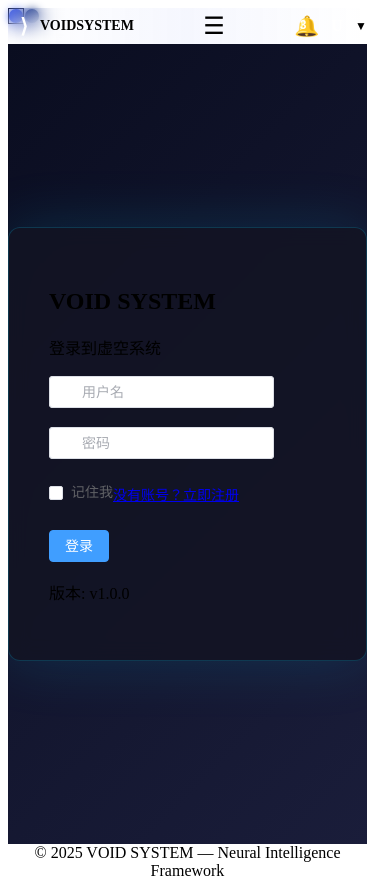
Repository: Void-Creator-Deity/Void-System
Page: /settings (app in void-system-frontend/)
The author's editor kept a copy of each file at every save. The page is drawn from the files as they stood at one save, then again after the next save.
The browser window is 375 px wide. The pictures show the whole page.
The project was rebuilt for these pictures with package versions that can differ from the ones it lists, and the page was loaded fresh each time. Also part of the build but not shown: void-system-frontend/vite.config.js.

Above is the page before, as saved 2025-11-20 21:37:09.

### void-system-frontend/index.html
<!doctype html>
<html lang="en">
  <head>
    <meta charset="UTF-8" />
    <link rel="icon" type="image/svg+xml" href="/vite.svg" />
    <meta name="viewport" content="width=device-width, initial-scale=1.0" />
    <title>void-system-frontend</title>
  </head>
  <body>
    <div id="app"></div>
    <script type="module" src="/src/main.js"></script>
  </body>
</html>

### void-system-frontend/src/main.js
import { createApp } from "vue"
import App from "./App.vue"
import router from "./router"
import ElementPlus from "element-plus"
import "element-plus/dist/index.css"
import { setupAuthInterceptor } from "./api/user.js"

// 初始化认证拦截器
setupAuthInterceptor()

// 添加系统初始化效果
document.addEventListener('DOMContentLoaded', () => {
  document.body.classList.add('system-loaded')
})

const app = createApp(App)
app.use(router)
app.use(ElementPlus)
app.mount("#app")

### void-system-frontend/src/App.vue
<template>
  <div id="app">
    <!-- 加载遮罩 -->
    <div v-if="isLoading" class="loading-overlay">
      <div class="loading"></div>
      <div class="loading-text">系统初始化中...</div>
    </div>

    <!-- 主题切换按钮 -->
    <div class="theme-switcher">
      <button
        v-for="theme in themes"
        :key="theme.id"
        class="theme-btn"
        :class="{ active: currentTheme === theme.id }"
        :style="{ '--theme-color': theme.color }"
        @click="switchTheme(theme.id)"
        :title="theme.name"
      >
        <span class="theme-dot"></span>
        <span class="theme-name">{{ theme.name }}</span>
      </button>
    </div>

    <!-- 系统顶栏 -->
    <header class="header">
      <div class="container header-container">
        <div class="logo-area flex items-center gap-md">
          <div class="logo">
            <span class="logo-symbol">⟩</span>
          </div>
          <h1 class="system-title">
            <span class="title-void">VOID</span>
            <span class="title-system">SYSTEM</span>
          </h1>
        </div>
        <!-- 桌面端导航 -->
        <nav class="nav-links flex gap-md">
          <NavItem to="/" icon="🏠">首页</NavItem>
          <NavItem to="/ai" icon="⌨️">AI控制台</NavItem>
          <NavItem to="/advisor" icon="🧠">学习顾问</NavItem>
          <NavItem to="/qa" icon="❓">知识问答</NavItem>
          <NavItem to="/settings" icon="⚙️">系统设置</NavItem>
        </nav>

        <!-- 移动端菜单按钮 -->
        <button class="mobile-menu-btn" @click="toggleMobileMenu">
          <span class="menu-icon">☰</span>
        </button>

        <!-- 用户信息 -->
        <div class="user-area flex items-center gap-md">
          <!-- 通知中心 -->
          <div class="notification-center">
            <button class="notification-btn" @click="handleNotificationClick">
              <span class="notification-icon">🔔</span>
              <span v-if="notificationCount > 0" class="notification-badge">{{ notificationCount }}</span>
            </button>
          </div>

          <!-- 用户信息 -->
          <div class="user-profile flex items-center gap-sm">
            <div class="user-details">
              <div class="user-name">{{ userName }}</div>
              <div class="user-level">Lv.{{ userLevel }}</div>
            </div>
            <div class="user-avatar">
              <span>{{ userAvatar }}</span>
            </div>
            <button class="user-menu-btn" @click="toggleUserMenu">
              <span>▼</span>
            </button>
          </div>

          <!-- 用户下拉菜单 -->
          <div v-if="showUserMenu" class="user-dropdown">
            <div class="dropdown-item" @click="goToProfile">个人资料</div>
            <div class="dropdown-item" @click="goToSettings">系统设置</div>
            <div class="dropdown-divider"></div>
            <div class="dropdown-item logout" @click="logout">退出登录</div>
          </div>
        </div>
      </div>
    </header>

    <!-- 主界面内容区 -->
    <main class="main">
      <div class="container">
        <RouterView />
      </div>
    </main>

    <!-- 底部系统信息栏 -->
    <footer class="footer">
      <div class="container">
        <div class="system-info">
          <div class="copyright text-center text-sm text-muted">
            © {{ new Date().getFullYear() }} VOID SYSTEM — Neural Intelligence Framework
          </div>
        </div>
      </div>
    </footer>
  </div>
</template>

<script setup>
import { RouterLink, RouterView, useRouter } from 'vue-router'
import { ref, onMounted } from 'vue'

// 导航项组件
import { h } from 'vue'
const router = useRouter()

// 状态管理
const isLoading = ref(false)
const showUserMenu = ref(false)
const notificationCount = ref(3)
const userName = ref('学习者')
const userLevel = ref(1)
const userAvatar = ref('U')
const currentTheme = ref('default')

// 可用主题列表
const themes = [
  { id: 'default', name: '默认主题', color: '#4361ee' },
  { id: 'dark', name: '暗色主题', color: '#1e3a8a' }
]

// 导航项组件增强
const NavItem = (props, { slots }) => {
  return h(RouterLink,
    {
      to: props.to,
      class: 'nav-item',
      custom: true,
      vSlots: {
        default: ({ isActive }) => h('div',
          {
            class: ['nav-link', isActive ? 'active' : ''],
            onClick: () => props.onClick && props.onClick()
          },
          [
            h('span', { class: 'nav-icon' }, props.icon),
            h('span', { class: 'nav-text' }, slots.default()),
            isActive ? h('div', { class: 'nav-indicator' }) : null
          ]
        )
      }
    }
  )
}
NavItem.props = ['to', 'icon', 'onClick']

// 方法定义
const switchTheme = (themeId) => {
  currentTheme.value = themeId
  // 更新body的data-theme属性
  if (themeId === 'default') {
    document.body.removeAttribute('data-theme')
  } else {
    document.body.setAttribute('data-theme', themeId)
  }
  // 保存到localStorage以便下次加载时使用
  localStorage.setItem('void-system-theme', themeId)
}

const toggleUserMenu = () => {
  showUserMenu.value = !showUserMenu.value
}

const handleNotificationClick = () => {
  // 处理通知点击逻辑
  notificationCount.value = 0
}

const goToProfile = () => {
  showUserMenu.value = false
  // 跳转到个人资料页面
}

const goToSettings = () => {
  showUserMenu.value = false
  router.push('/settings')
}

const logout = () => {
  showUserMenu.value = false
  // 处理退出登录逻辑
  router.push('/login')
}

// 生命周期钩子
onMounted(() => {
  // 从localStorage加载主题设置
  const savedTheme = localStorage.getItem('void-system-theme')
  if (savedTheme) {
    switchTheme(savedTheme)
  }

  // 模拟加载完成
  setTimeout(() => {
    isLoading.value = false
  }, 500)
})
</script>

<style scoped>
/* 加载遮罩 */
  .loading-overlay {
    position: fixed;
    top: 0;
    left: 0;
    right: 0;
    bottom: 0;
    background-color: var(--color-bg-primary);
    display: flex;
    flex-direction: column;
    align-items: center;
    justify-content: center;
    gap: var(--spacing-lg);
    z-index: 9999;
  }

  .loading {
    width: 60px;
    height: 60px;
    border: 4px solid var(--color-bg-tertiary);
    border-top-color: var(--color-primary);
    border-radius: 50%;
    animation: spin 1s linear infinite;
  }

  .loading-text {
    color: var(--color-text-primary);
    font-weight: 600;
    font-size: 1.125rem;
    color: var(--color-primary);
  }
/* 主题切换器 */
  .theme-switcher {
    position: fixed;
    top: var(--spacing-lg);
    right: var(--spacing-lg);
    z-index: 100;
    display: flex;
    gap: var(--spacing-sm);
    background-color: var(--color-bg-secondary);
    border: 1px solid var(--color-border-light);
    border-radius: var(--radius-lg);
    padding: var(--spacing-xs);
  }

  .theme-btn {
    display: flex;
    align-items: center;
    gap: var(--spacing-xs);
    padding: var(--spacing-xs) var(--spacing-sm);
    border: 1px solid transparent;
    border-radius: var(--radius-md);
    background: transparent;
    color: var(--color-text-primary);
    cursor: pointer;
    transition: all var(--transition-fast);
  }

  .theme-btn:hover {
    background-color: var(--color-bg-tertiary);
  }

  .theme-btn.active {
    background-color: var(--color-bg-tertiary);
    border-color: var(--color-primary);
  }

.theme-dot {
  width: 14px;
  height: 14px;
  border-radius: 50%;
  background-color: var(--theme-color);
  box-shadow: 0 0 8px var(--theme-color);
}

.theme-name {
  font-size: 0.875rem;
  font-weight: 500;
}

/* 顶栏样式 - 游戏化界面 */
.header {
  /* 顶栏容器布局 */
  .header-container {
    display: flex;
    align-items: center;
    justify-content: space-between;
  }
  background-color: var(--color-bg-primary);
  background-image: linear-gradient(to right, transparent, rgba(67, 97, 238, 0.05), transparent);
  border-bottom: 1px solid var(--color-border-light);
  padding: var(--spacing-md) 0;
  position: sticky;
  top: 0;
  z-index: 100;
  backdrop-filter: blur(10px);
}

/* 顶栏样式 */
  .header {
    background-color: var(--color-bg-primary);
    border-bottom: 1px solid var(--color-border-light);
    padding: var(--spacing-md) 0;
    position: sticky;
    top: 0;
    z-index: 100;
  }

  .logo-area {
    display: flex;
    align-items: center;
    gap: var(--spacing-md);
  }

  .logo {
    width: 44px;
    height: 44px;
    border-radius: var(--radius-md);
    background: linear-gradient(135deg, var(--color-primary), var(--color-primary-dark));
    display: flex;
    align-items: center;
    justify-content: center;
    color: white;
    font-size: 1.625rem;
    font-weight: bold;
  }

  .system-title {
    font-size: 1.375rem;
    font-weight: 700;
    display: flex;
    gap: var(--spacing-xs);
    margin: 0;
  }

  .title-void {
    color: var(--color-primary);
  }

  .title-system {
    color: var(--color-text-secondary);
    font-weight: 600;
  }

/* 导航样式 */
  .nav-links {
    display: flex;
    gap: var(--spacing-sm);
  }

  .nav-link {
    display: flex;
    align-items: center;
    gap: var(--spacing-xs);
    padding: var(--spacing-sm) var(--spacing-md);
    color: var(--color-text-secondary);
    text-decoration: none;
    border-radius: var(--radius-md);
    transition: all var(--transition-fast);
  }

  .nav-link:hover {
    background-color: var(--color-bg-secondary);
    color: var(--color-text-primary);
  }

  .nav-link.active {
    color: var(--color-primary);
    background-color: rgba(67, 97, 238, 0.08);
  }

  .nav-link.active .nav-indicator {
    position: absolute;
    bottom: 0;
    left: 0;
    width: 100%;
    height: 2px;
    background: var(--color-primary);
    border-radius: var(--radius-full);
  }

  .nav-icon {
    font-size: 1.25rem;
  }

.nav-text {
  font-weight: 500;
}

/* 用户区域 */
  .user-area {
    display: flex;
    align-items: center;
    gap: var(--spacing-md);
  }

  .notification-btn {
    position: relative;
    background: transparent;
    border: none;
    font-size: 1.25rem;
    cursor: pointer;
    padding: var(--spacing-sm);
    border-radius: var(--radius-md);
    transition: all var(--transition-fast);
  }

  .notification-btn:hover {
    background-color: var(--color-bg-secondary);
  }

.notification-badge {
    position: absolute;
    top: 2px;
    right: 2px;
    min-width: 18px;
    height: 18px;
    padding: 0 5px;
    background: var(--color-error);
    color: white;
    font-size: 0.75rem;
    font-weight: 600;
    border-radius: 9px;
    display: flex;
    align-items: center;
    justify-content: center;
  }

.user-profile {
    display: flex;
    align-items: center;
    gap: var(--spacing-sm);
    padding: var(--spacing-xs);
    border-radius: var(--radius-md);
    cursor: pointer;
    transition: all var(--transition-fast);
  }

  .user-profile:hover {
    background-color: var(--color-bg-secondary);
  }

  .user-details {
    display: flex;
    flex-direction: column;
  }

  .user-name {
    font-weight: 500;
    color: var(--color-text-primary);
    font-size: 0.875rem;
  }

  .user-level {
    font-size: 0.75rem;
    color: var(--color-primary);
    font-weight: 600;
  }

  .user-avatar {
    width: 36px;
    height: 36px;
    border-radius: 50%;
    background: linear-gradient(135deg, var(--color-primary), var(--color-secondary));
    color: white;
    display: flex;
    align-items: center;
    justify-content: center;
    font-weight: 600;
    font-size: 1rem;
  }

.user-menu-btn {
  background: transparent;
  border: none;
  font-size: 0.75rem;
  color: var(--color-text-muted);
  cursor: pointer;
  padding: var(--spacing-xs);
  transition: all var(--transition-fast);
}

.user-menu-btn:hover {
  color: var(--color-text-primary);
  transform: translateY(1px);
}

/* 用户下拉菜单 */
  .user-dropdown {
    position: absolute;
    top: calc(100% + var(--spacing-sm));
    right: var(--spacing-md);
    background-color: var(--color-bg-secondary);
    border: 1px solid var(--color-border-light);
    border-radius: var(--radius-lg);
    box-shadow: var(--shadow-lg);
    padding: var(--spacing-xs) 0;
    min-width: 180px;
    z-index: 101;
  }

  .user-dropdown::before {
    content: '';
    position: absolute;
    top: 0;
    left: 0;
    right: 0;
    height: 2px;
    background: var(--color-primary);
  }

  .dropdown-item {
    padding: var(--spacing-sm) var(--spacing-md);
    color: var(--color-text-primary);
    cursor: pointer;
    transition: all var(--transition-fast);
    font-size: 0.875rem;
  }

  .dropdown-item:hover {
    background-color: var(--color-bg-tertiary);
  }

.dropdown-divider {
  height: 1px;
  background-color: var(--color-border);
  margin: var(--spacing-xs) 0;
}

.dropdown-item.logout {
  color: var(--color-error);
  font-weight: 500;
}

.dropdown-item.logout:hover {
  background-color: rgba(239, 68, 68, 0.1);
}

/* 移动端菜单按钮 */
.mobile-menu-btn {
  display: none;
  background: transparent;
  border: none;
  font-size: 1.5rem;
  cursor: pointer;
  padding: var(--spacing-sm);
  border-radius: var(--radius-md);
  transition: background-color var(--transition-fast);
}

.mobile-menu-btn:hover {
  background-color: var(--color-bg-secondary);
}

/* 主内容区 */
  .main {
    flex: 1;
    padding: var(--spacing-xl) 0;
    background-color: var(--color-bg-primary);
  }

/* 底部样式 */
  .footer {
    background-color: var(--color-bg-primary);
    border-top: 1px solid var(--color-border-light);
    padding: var(--spacing-lg) 0;
  }

.system-info {
  text-align: center;
}

/* 数据卡片样式 */
  .stat-card {
    background-color: var(--color-bg-secondary);
    border: 1px solid var(--color-border-light);
    border-radius: var(--radius-lg);
    padding: var(--spacing-lg);
    transition: all var(--transition-normal);
    box-shadow: var(--shadow-md);
  }

  .stat-card::before {
    content: '';
    position: absolute;
    top: 0;
    left: 0;
    right: 0;
    height: 3px;
    background: var(--color-primary);
  }

  .stat-card:hover {
    transform: translateY(-2px);
    box-shadow: var(--shadow-lg);
  }

.stat-icon {
  width: 48px;
  height: 48px;
  border-radius: var(--radius-md);
  background: linear-gradient(135deg, var(--color-primary-light), var(--color-primary));
  display: flex;
  align-items: center;
  justify-content: center;
  font-size: 1.5rem;
  color: white;
  box-shadow: 0 0 15px rgba(67, 97, 238, 0.2);
  margin-bottom: var(--spacing-md);
}

.stat-value {
  font-size: 1.75rem;
  font-weight: 700;
  color: var(--color-text-primary);
  margin-bottom: var(--spacing-xs);
}

.stat-label {
  font-size: 0.875rem;
  color: var(--color-text-secondary);
}

.stat-change {
  font-size: 0.75rem;
  font-weight: 500;
  padding: 2px 6px;
  border-radius: var(--radius-sm);
  display: inline-flex;
  align-items: center;
  gap: 2px;
}

.stat-change.positive {
  background-color: rgba(34, 197, 94, 0.1);
  color: var(--color-success);
}

.stat-change.negative {
  background-color: rgba(239, 68, 68, 0.1);
  color: var(--color-error);
}

/* 移动端导航覆盖 */
  .mobile-nav-overlay {
    position: fixed;
    top: 0;
    left: 0;
    right: 0;
    bottom: 0;
    background-color: rgba(0, 0, 0, 0.5);
    z-index: 200;
    display: flex;
    align-items: center;
    justify-content: center;
  }

  .mobile-nav {
    background-color: var(--color-bg-primary);
    border-radius: var(--radius-lg);
    padding: var(--spacing-lg);
    width: 90%;
    max-width: 400px;
    max-height: 80vh;
    overflow-y: auto;
  }

.mobile-close-btn {
  position: absolute;
  top: var(--spacing-md);
  right: var(--spacing-md);
  background: transparent;
  border: none;
  font-size: 1.5rem;
  cursor: pointer;
  padding: var(--spacing-xs);
  border-radius: var(--radius-md);
  transition: background-color var(--transition-fast);
}

.mobile-close-btn:hover {
  background-color: var(--color-bg-secondary);
}

.mobile-nav-links {
  margin-top: var(--spacing-lg);
}

.mobile-nav-links .nav-link {
  padding: var(--spacing-md);
  font-size: 1.125rem;
}

/* 响应式设计 */
@media (max-width: 768px) {
  .nav-links {
    display: none;
  }

  .mobile-menu-btn {
    display: block;
  }

  .logo {
    width: 40px;
    height: 40px;
    font-size: 1.5rem;
  }

  .system-title {
    font-size: 1.25rem;
  }
}

@media (max-width: 480px) {
  .logo-area {
    gap: var(--spacing-sm);
  }

  .system-title {
    font-size: 0.875rem;
  }

  .user-details {
    display: none;
  }

  .theme-switcher {
    top: var(--spacing-md);
    right: var(--spacing-md);
  }

  .theme-name {
    display: none;
  }

  .main {
    padding: var(--spacing-md) 0;
  }

  .stat-card {
    padding: var(--spacing-md);
  }

  .stat-icon {
    width: 40px;
    height: 40px;
    font-size: 1.25rem;
  }

  .stat-value {
    font-size: 1.5rem;
  }

  .header {
    padding: var(--spacing-sm) 0;
  }

  .logo {
    width: 32px;
    height: 32px;
    font-size: 1.25rem;
  }

  .notification-btn, .user-menu-btn {
    padding: var(--spacing-xs);
  }
}


/* 基础样式优化 */
  html {
    scroll-behavior: smooth;
  }

  ::selection {
    background-color: rgba(67, 97, 238, 0.2);
    color: var(--color-primary);
  }

  button:focus,
  a:focus,
  input:focus,
  textarea:focus,
  select:focus {
    outline: 2px solid var(--color-primary);
    outline-offset: 2px;
  }
</style>

### void-system-frontend/src/router/index.js
import { createRouter, createWebHistory } from 'vue-router'
import { isLoggedIn } from '@/api/user'

// 路由懒加载
const Home = () => import('@/pages/Home.vue')
const AIConsole = () => import('@/pages/AIConsole.vue')
const Advisor = () => import('@/pages/Advisor.vue')
const QA = () => import('@/pages/QA.vue')
const Settings = () => import('@/pages/Settings.vue')
const Login = () => import('@/pages/Login.vue')
const Register = () => import('@/pages/Register.vue')

const routes = [
  {
    path: '/',
    name: 'Home',
    component: Home,
    meta: { requiresAuth: true }
  },
  {
    path: '/ai',
    name: 'AIConsole',
    component: AIConsole,
    meta: { requiresAuth: true }
  },
  {
    path: '/advisor',
    name: 'Advisor',
    component: Advisor,
    meta: { requiresAuth: true }
  },
  {
    path: '/qa',
    name: 'QA',
    component: QA,
    meta: { requiresAuth: true }
  },
  {
    path: '/settings',
    name: 'Settings',
    component: Settings,
    meta: { requiresAuth: true }
  },
  {
    path: '/login',
    name: 'Login',
    component: Login,
    meta: { requiresAuth: false }
  },
  {
    path: '/register',
    name: 'Register',
    component: Register,
    meta: { requiresAuth: false }
  },
  // 404页面
  {
    path: '/:pathMatch(.*)*',
    redirect: '/'
  }
]

const router = createRouter({
  history: createWebHistory(),
  routes
})

// 路由守卫
router.beforeEach((to, from, next) => {
  const requiresAuth = to.meta.requiresAuth !== false

  if (requiresAuth && !isLoggedIn()) {
    // 需要登录但未登录，重定向到登录页
    next('/login')
  } else if ((to.path === '/login' || to.path === '/register') && isLoggedIn()) {
    // 已登录用户访问登录/注册页，重定向到首页
    next('/')
  } else {
    next()
  }
})

export default router

### void-system-frontend/src/pages/Login.vue
<template>
  <div class="login-container">
    <div class="login-form-wrapper">
      <div class="login-header">
        <h2><span class="glitch">VOID</span> <span class="system-text">SYSTEM</span></h2>
        <p class="subtitle">登录到虚空系统</p>
      </div>

      <el-form :model="loginForm" :rules="rules" ref="loginFormRef" label-width="0px" class="login-form">
        <el-form-item prop="username">
          <div class="input-wrapper">
            <el-input
              v-model="loginForm.username"
              placeholder="用户名"
              prefix-icon="el-icon-user"
              :prefix-icon-style="{ color: '#00ccff' }"
              :disabled="isLoading"
            />
          </div>
        </el-form-item>

        <el-form-item prop="password">
          <div class="input-wrapper">
            <el-input
              v-model="loginForm.password"
              type="password"
              placeholder="密码"
              prefix-icon="el-icon-lock"
              :prefix-icon-style="{ color: '#00ccff' }"
              show-password
              :disabled="isLoading"
            />
          </div>
        </el-form-item>

        <el-form-item>
          <div class="form-actions">
            <el-checkbox v-model="loginForm.rememberMe" :disabled="isLoading">记住我</el-checkbox>
            <router-link to="/register" class="register-link">没有账号？立即注册</router-link>
          </div>
        </el-form-item>

        <el-form-item>
          <el-button
            type="primary"
            @click="handleLogin"
            class="login-btn"
            :loading="isLoading"
            :disabled="isLoading"
          >
            {{ isLoading ? '登录中...' : '登录' }}
          </el-button>
        </el-form-item>
      </el-form>

      <div class="login-footer">
        <p class="version">版本: v1.0.0</p>
      </div>
    </div>
  </div>
</template>

<script setup>
import { ref, reactive } from 'vue'
import { ElMessage, ElMessageBox } from 'element-plus'
import { useRouter } from 'vue-router'
import { login } from '@/api/user'

const router = useRouter()
const loginFormRef = ref()
const isLoading = ref(false)

const loginForm = reactive({
  username: '',
  password: '',
  rememberMe: false
})

const rules = {
  username: [
    { required: true, message: '请输入用户名', trigger: 'blur' },
    { min: 3, max: 20, message: '用户名长度在 3 到 20 个字符', trigger: 'blur' }
  ],
  password: [
    { required: true, message: '请输入密码', trigger: 'blur' },
    { min: 6, message: '密码长度至少为 6 个字符', trigger: 'blur' }
  ]
}

const handleLogin = async () => {
  await loginFormRef.value.validate(async (valid) => {
    if (valid) {
      isLoading.value = true
      try {
        const result = await login(loginForm.username, loginForm.password)

        if (loginForm.rememberMe) {
          localStorage.setItem('remembered_user', loginForm.username)
        } else {
          localStorage.removeItem('remembered_user')
        }

        ElMessage.success('登录成功')
        router.push('/')
      } catch (error) {
        console.error('登录失败:', error)
        const errorMessage = error.response?.data?.detail || '登录失败，请检查用户名和密码'
        ElMessage.error(errorMessage)
      } finally {
        isLoading.value = false
      }
    }
  })
}

const rememberedUser = localStorage.getItem('remembered_user')
if (rememberedUser) {
  loginForm.username = rememberedUser
  loginForm.rememberMe = true
}
</script>

<style scoped>
.login-container {
  width: 100%;
  height: 100vh;
  display: flex;
  justify-content: center;
  align-items: center;
  background: linear-gradient(135deg, #0a0d20 0%, #1a1d3a 100%);
  position: relative;
  overflow: hidden;
}

.login-form-wrapper {
  width: 100%;
  max-width: 400px;
  background: rgba(19, 21, 36, 0.85);
  border: 1px solid rgba(0, 204, 255, 0.2);
  border-radius: 12px;
  padding: 2.5rem;
  box-shadow: 0 0 60px rgba(0, 204, 255, 0.15);
  backdrop-filter: blur(10px);
}

/* 其他样式省略... */
</style>

### void-system-frontend/src/api/index.js
import axios from "axios"

const api = axios.create({
  baseURL: "http://127.0.0.1:8000",  // 连接 FastAPI
  timeout: 60000,  // 增加到60秒，足够AI生成内容
  headers: {
    'Content-Type': 'application/json'
  }
})

export default api

Loaded but not shown: void-system-frontend/src/api/user.js (71 lines, source omitted)

After the next save:
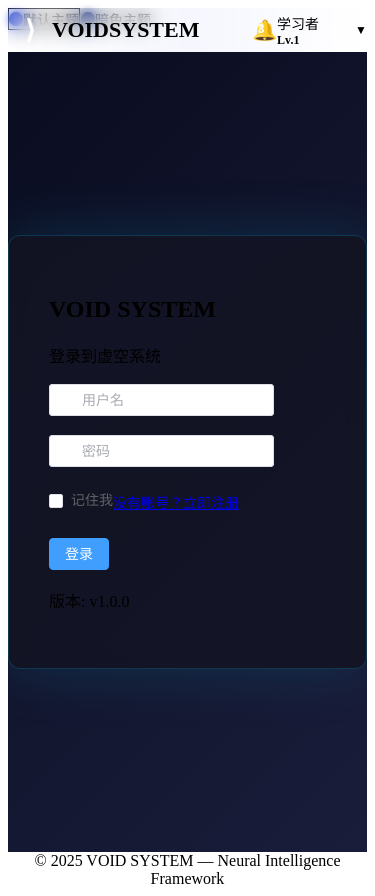
Saved 2 min 25 s later.
--- a/void-system-frontend/src/App.vue
+++ b/void-system-frontend/src/App.vue
@@ -698,82 +698,6 @@
   font-size: 1.125rem;
 }
 
-/* 响应式设计 */
-@media (max-width: 768px) {
-  .nav-links {
-    display: none;
-  }
-
-  .mobile-menu-btn {
-    display: block;
-  }
-
-  .logo {
-    width: 40px;
-    height: 40px;
-    font-size: 1.5rem;
-  }
-
-  .system-title {
-    font-size: 1.25rem;
-  }
-}
-
-@media (max-width: 480px) {
-  .logo-area {
-    gap: var(--spacing-sm);
-  }
-
-  .system-title {
-    font-size: 0.875rem;
-  }
-
-  .user-details {
-    display: none;
-  }
-
-  .theme-switcher {
-    top: var(--spacing-md);
-    right: var(--spacing-md);
-  }
-
-  .theme-name {
-    display: none;
-  }
-
-  .main {
-    padding: var(--spacing-md) 0;
-  }
-
-  .stat-card {
-    padding: var(--spacing-md);
-  }
-
-  .stat-icon {
-    width: 40px;
-    height: 40px;
-    font-size: 1.25rem;
-  }
-
-  .stat-value {
-    font-size: 1.5rem;
-  }
-
-  .header {
-    padding: var(--spacing-sm) 0;
-  }
-
-  .logo {
-    width: 32px;
-    height: 32px;
-    font-size: 1.25rem;
-  }
-
-  .notification-btn, .user-menu-btn {
-    padding: var(--spacing-xs);
-  }
-}
-
 
 /* 基础样式优化 */
   html {

After the save that followed:
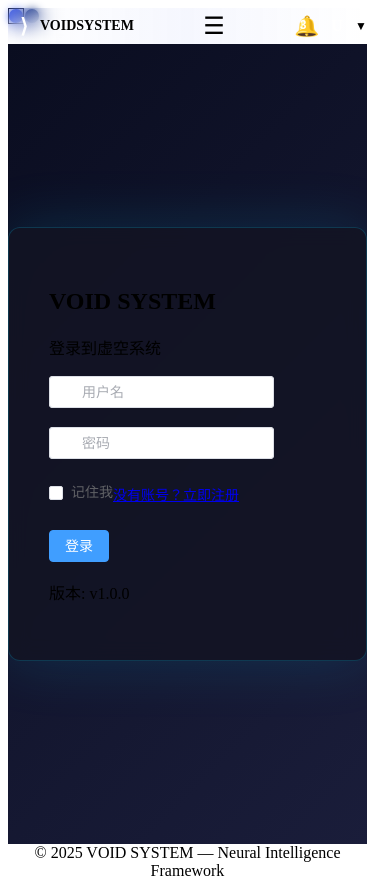
Saved 17 s later.
--- a/void-system-frontend/src/App.vue
+++ b/void-system-frontend/src/App.vue
@@ -698,6 +698,82 @@
   font-size: 1.125rem;
 }
 
+/* 响应式设计 */
+@media (max-width: 768px) {
+  .nav-links {
+    display: none;
+  }
+
+  .mobile-menu-btn {
+    display: block;
+  }
+
+  .logo {
+    width: 40px;
+    height: 40px;
+    font-size: 1.5rem;
+  }
+
+  .system-title {
+    font-size: 1.25rem;
+  }
+}
+
+@media (max-width: 480px) {
+  .logo-area {
+    gap: var(--spacing-sm);
+  }
+
+  .system-title {
+    font-size: 0.875rem;
+  }
+
+  .user-details {
+    display: none;
+  }
+
+  .theme-switcher {
+    top: var(--spacing-md);
+    right: var(--spacing-md);
+  }
+
+  .theme-name {
+    display: none;
+  }
+
+  .main {
+    padding: var(--spacing-md) 0;
+  }
+
+  .stat-card {
+    padding: var(--spacing-md);
+  }
+
+  .stat-icon {
+    width: 40px;
+    height: 40px;
+    font-size: 1.25rem;
+  }
+
+  .stat-value {
+    font-size: 1.5rem;
+  }
+
+  .header {
+    padding: var(--spacing-sm) 0;
+  }
+
+  .logo {
+    width: 32px;
+    height: 32px;
+    font-size: 1.25rem;
+  }
+
+  .notification-btn, .user-menu-btn {
+    padding: var(--spacing-xs);
+  }
+}
+
 
 /* 基础样式优化 */
   html {
